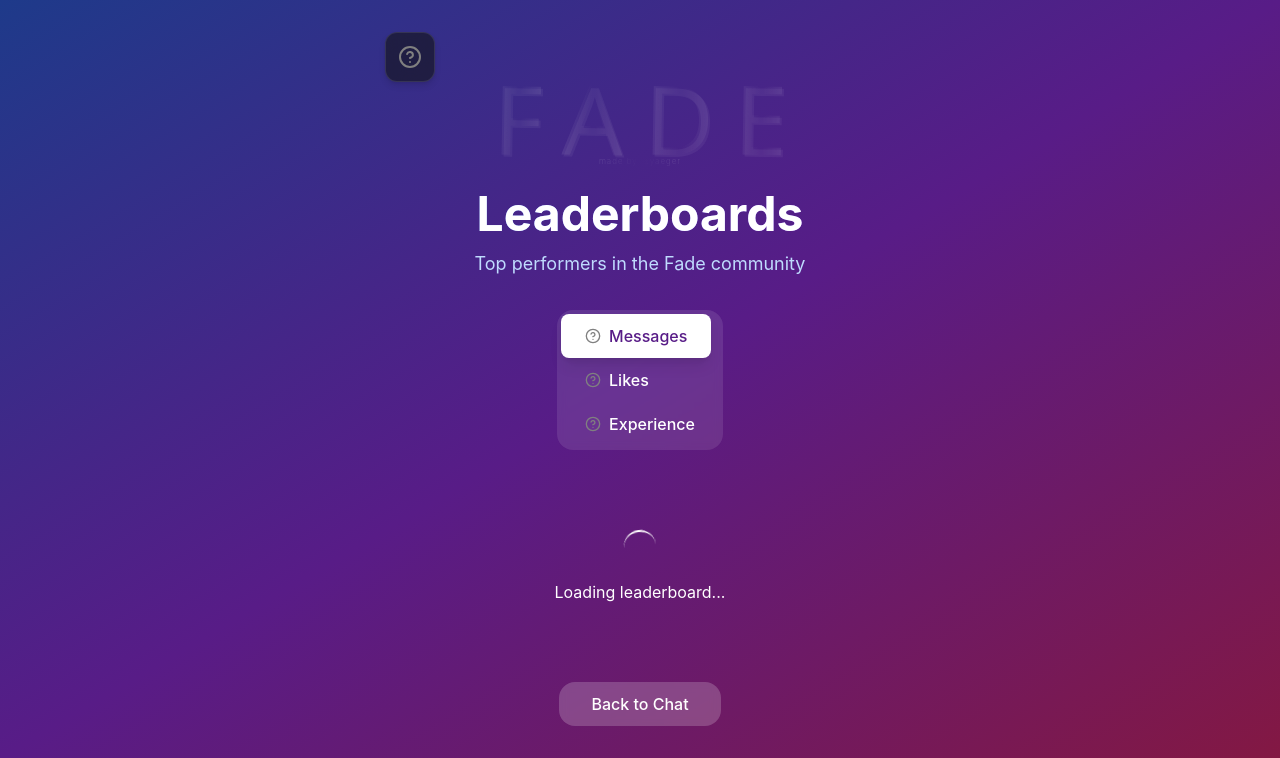
Repository: yaegerbomb42/fade
Page: /leaderboards
An editor plug-in stored every save of this project. The page is shown before and after the next save, followed by the edit.
The browser window is 1280 px wide. The pictures show the whole page.
The page's requests for data from a server got no answer. The project was rebuilt for these pictures with package versions that can differ from the ones it lists, and the page was loaded fresh each time. No one was signed in, and anything a server would have sent is missing. Also part of the build but not shown: vite.config.mjs, src/components/ErrorBoundary.jsx, src/components/ui/ChannelSelector.jsx, src/components/ui/StatisticsPanel.jsx, src/components/ui/MessageInputPanel.jsx, src/components/ui/TypingIndicatorManager.jsx, src/utils/mobileUtils.js, src/components/auth/AuthModal.jsx and 11 more.

Above is the page before, as saved 2025-07-12 15:17:46.

After the next save:
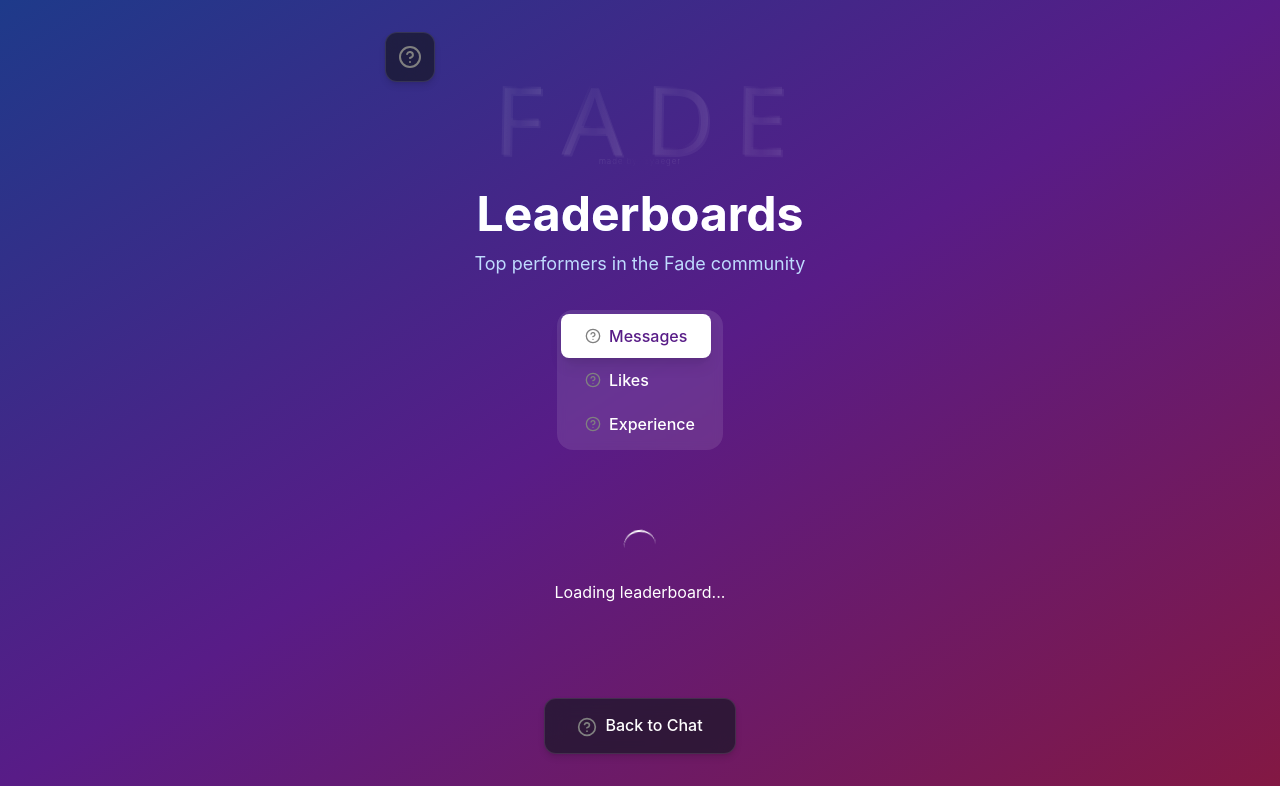
Saved 9 s later.
--- a/src/pages/Leaderboards.jsx
+++ b/src/pages/Leaderboards.jsx
@@ -284,11 +284,12 @@ const Leaderboards = ({ database }) => {
         </div>
 
         {/* Back to Chat Button */}
-        <div className="text-center mt-8">
+        <div className="text-center mt-12">
           <button
             onClick={() => navigate('/')}
-            className="bg-white bg-opacity-20 hover:bg-opacity-30 text-white px-8 py-3 rounded-xl font-medium transition-all duration-200 backdrop-blur-sm"
+            className="glass-panel px-8 py-4 hover:bg-white/20 text-white font-medium transition-all duration-300 backdrop-blur-md rounded-xl shadow-lg hover:shadow-xl transform hover:scale-105"
           >
+            <Icon name="message-square" className="w-5 h-5 inline mr-2" />
             Back to Chat
           </button>
         </div>
